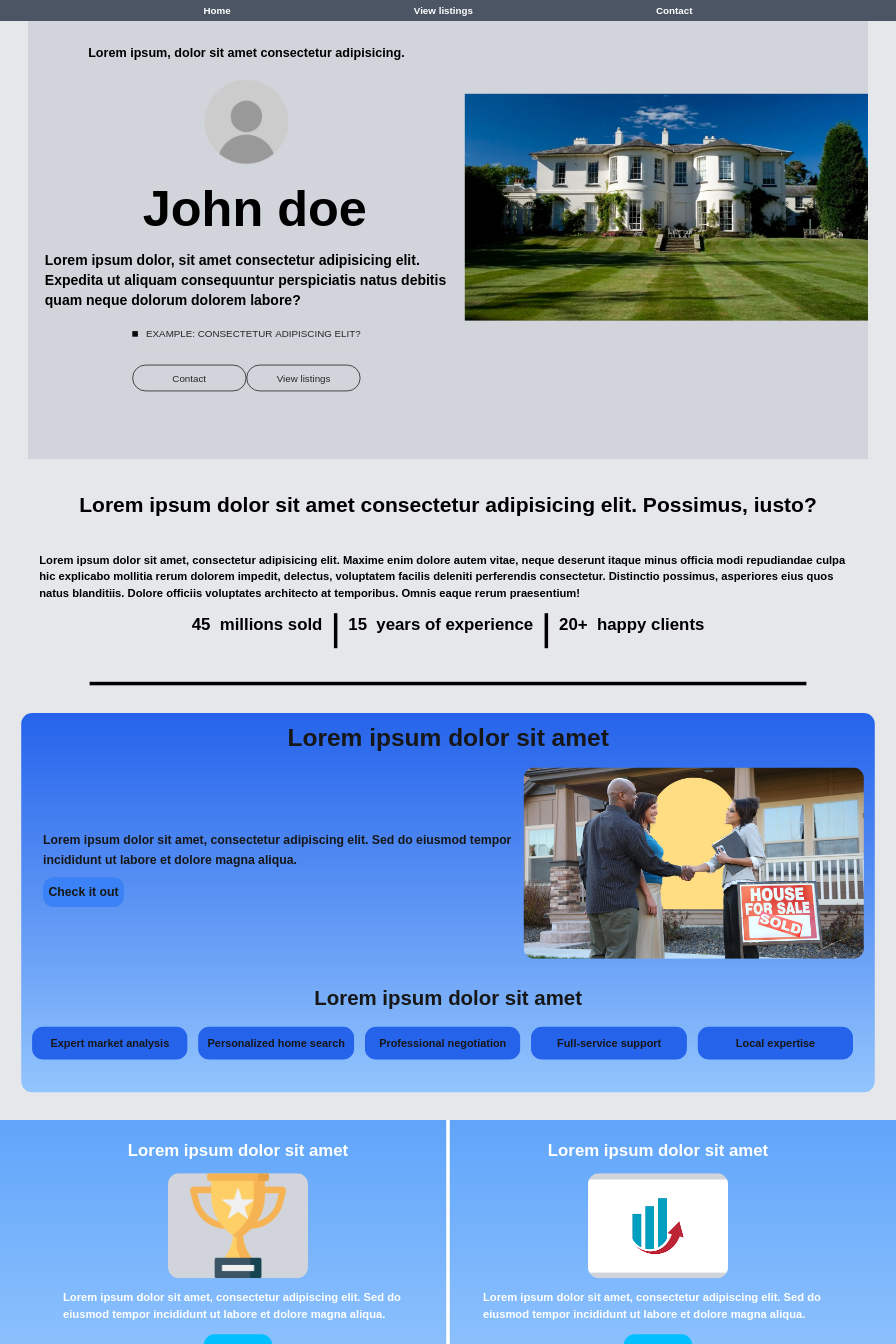
Repository: TMuse333/single-page-real-estate
Page: / (app in frontend/)
These files come from the project's save history. The page is drawn as it stood at one moment and after the next save; the edit follows.
The browser window is 1280 px wide. The pictures show the part of the page from y = 0 to 1920 px (the page is 6391 px tall), at 70% of full size.
The project was rebuilt for these pictures with package versions that can differ from the ones it lists, and the page was loaded fresh each time. The framework's server and built-in components were replaced by stand-ins that run in the browser. Also part of the build but not shown: frontend/next.config.mjs.

Above is the page before, as saved 2024-12-05 15:25:35.

After the next save:
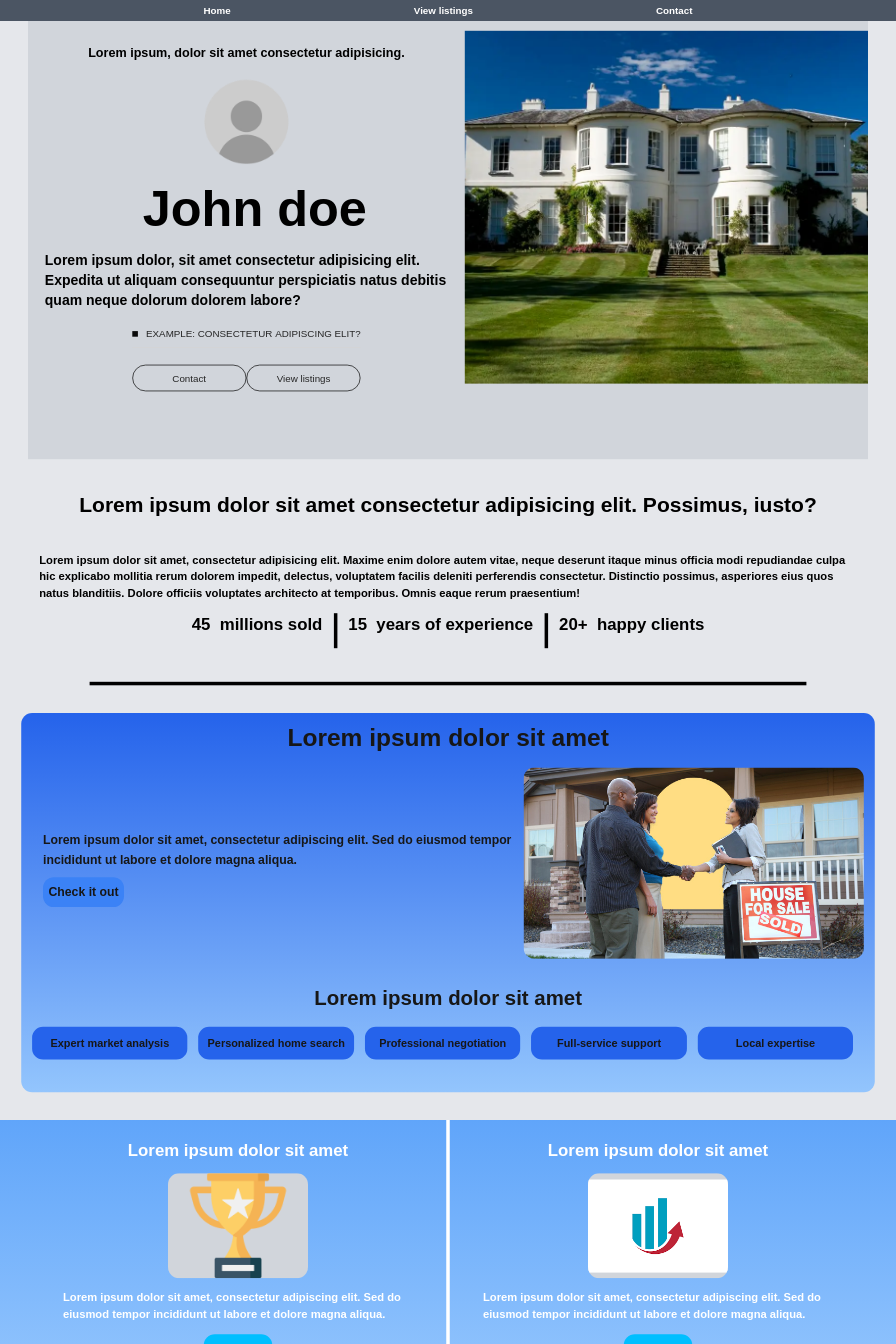
Saved 51 s later.
--- a/frontend/src/components/herobanner/herobanner.tsx
+++ b/frontend/src/components/herobanner/herobanner.tsx
@@ -68,7 +68,7 @@ const Herobanner = () => {
             height={600}
             width={1300}
             alt='A full body image of Thomas Musial'
-            className="w-[45vw] hidden  object-contain mx-auto
+            className="w-[45vw] hidden  object-cover mx-auto
  bg-gray-300  md:block h-[70vh]
 
 
